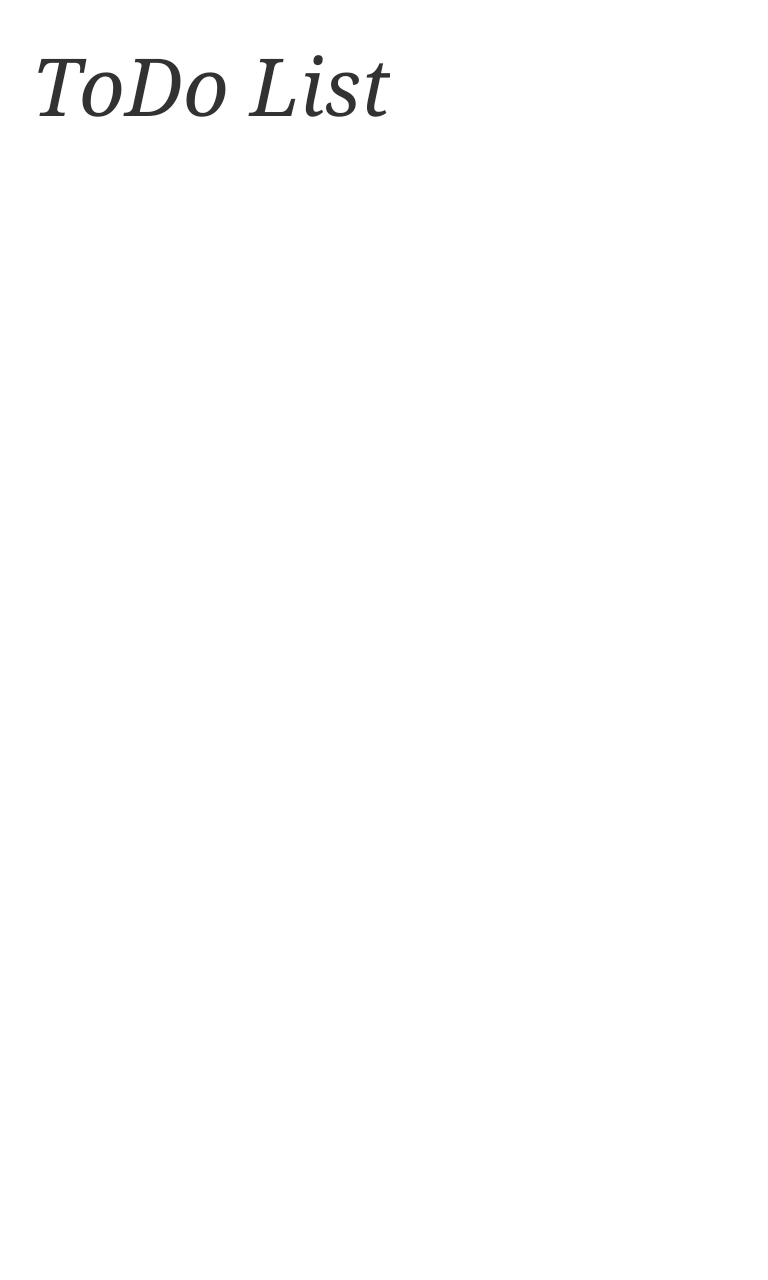
Repository: bvrit-vineeth/android-projects
Layout: TODOListApp/res/layout/activity_main.xml
An editor plug-in stored every save of this project. The layout is shown before and after the next save, followed by the edit.
It is drawn on a 768 x 1280 px phone screen (xhdpi) without system bars, with theme AppTheme; the app's code is not run. Lists and similar views that code fills are empty.

Above is the layout before, as saved 2013-08-19 17:21:24.

### TODOListApp/res/layout/activity_main.xml
<RelativeLayout xmlns:android="http://schemas.android.com/apk/res/android"
    xmlns:tools="http://schemas.android.com/tools"
    android:layout_width="match_parent"
    android:layout_height="match_parent"
    android:paddingBottom="@dimen/activity_vertical_margin"
    android:paddingLeft="@dimen/activity_horizontal_margin"
    android:paddingRight="@dimen/activity_horizontal_margin"
    android:paddingTop="@dimen/activity_vertical_margin"
    tools:context=".MainActivity" >

    <TextView
		android:id="@+id/textView1"
		android:layout_width="wrap_content"
		android:layout_height="wrap_content"
		android:text="@string/app_header"
		android:textSize="40sp"
		android:typeface="serif"
		android:textStyle="italic"
		android:layout_gravity="center_horizontal" />


    <GridView
        android:id="@+id/gridView1"
        android:layout_width="match_parent"
        android:layout_height="wrap_content"
        android:layout_alignLeft="@+id/textView1"
        android:layout_below="@+id/textView1"
        android:layout_marginTop="19dp"
        android:numColumns="2" >
    </GridView>

</RelativeLayout>

### TODOListApp/res/values/strings.xml
<?xml version="1.0" encoding="utf-8"?>
<resources>

    <string name="app_name">TODO List App</string>
    <string name="action_settings">Settings</string>
    <string name="hello_world">Hello world!</string>
    <string name="app_header">ToDo List</string>

</resources>

Loaded but not shown: TODOListApp/res/values/styles.xml (common file); TODOListApp/res/values-v11/styles.xml (common file); TODOListApp/res/values-v14/styles.xml (common file); TODOListApp/res/values/dimens.xml (common file)

After the next save:
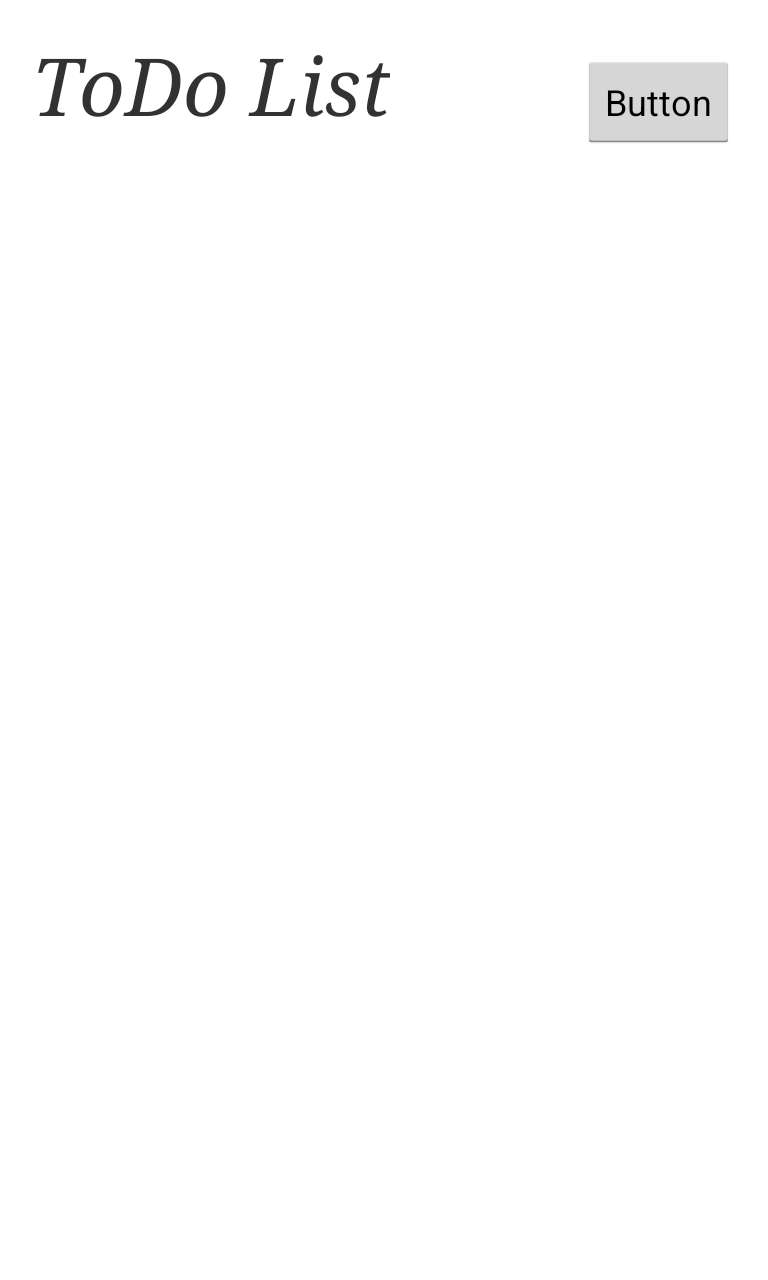
Saved 17 min 34 s later.
--- a/TODOListApp/res/layout/activity_main.xml
+++ b/TODOListApp/res/layout/activity_main.xml
@@ -29,4 +29,13 @@
         android:numColumns="2" >
     </GridView>
 
+    <Button
+        android:id="@+id/button1"
+        android:layout_width="wrap_content"
+        android:layout_height="wrap_content"
+        android:layout_alignBaseline="@+id/textView1"
+        android:layout_alignBottom="@+id/textView1"
+        android:layout_alignRight="@+id/gridView1"
+        android:text="Button" />
+
 </RelativeLayout>
